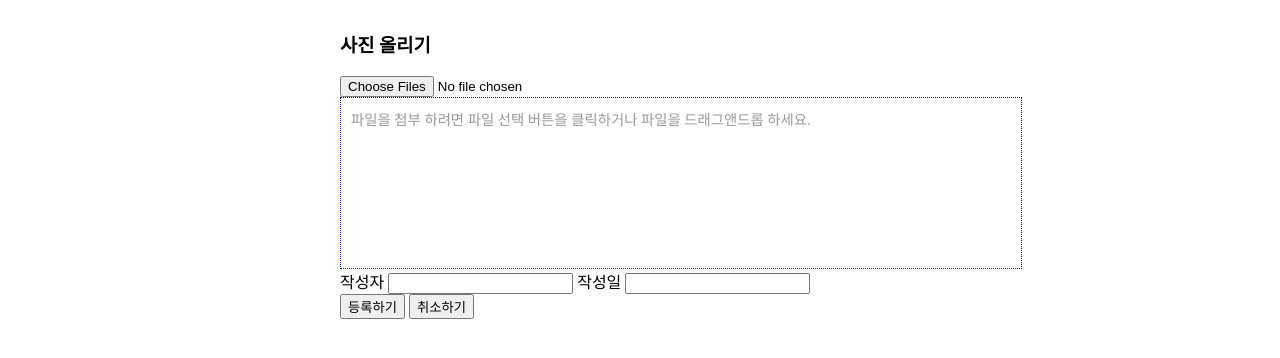
Repository: hyodii/FinalProject
Page: http://localhost/ViewPage/beePicCreated.jsp
An editor plug-in stored every save of this project. The page is shown before and after a run of saves, followed by the edit.
The browser window is 1280 px wide. The pictures show the whole page.
The page is served by Tomcat 9.

Above is the page before, as saved 2021-12-10 14:57:39.

### ViewPage/WebContent/beePicCreated.jsp
<%@ page contentType="text/html; charset=UTF-8"%>
<%@ taglib prefix="c" uri="http://java.sun.com/jsp/jstl/core"%>
<%
   request.setCharacterEncoding("UTF-8");
   String cp = request.getContextPath();
%>
<!DOCTYPE html>
<html>
<head>
<meta charset="UTF-8">
<title>image preview [ it여행자 ]</title>
<style>
#bbs
{
	width:600px;
	margin:30px auto;
	text-align:left;
}

#att_zone {
  width: 660px;
  min-height: 150px;
  padding: 10px;
  border: 1px dotted #00f;
}

#att_zone:empty:before {
  content: attr(data-placeholder);
  color: #999;
  font-size: .9em;
}


</style>
</head>
<body>
<!--
	beePicCreated.jsp
	- 동아리 내 게시판 > 사진첩 > 사진 올리기
	- 참고 : https://jobtc.tistory.com/43
-->
<div id="bbs">
	<form action="">
	<div id='image_preview'>
	  <h3>사진 올리기</h3>
	  <input type='file' id='btnAtt' multiple='multiple' />
	  <div id='att_zone'
	    data-placeholder='파일을 첨부 하려면 파일 선택 버튼을 클릭하거나 파일을 드래그앤드롭 하세요.'></div>
	</div>

	<div>
		작성자 <input name="name">
		작성일 <input name="date">
	</div>
	<div>
		<input type="button" value="등록하기" class="btn2"/>
		<input type="button" value="취소하기" class="btn2"
		onclick="javascript:location.href='<%=cp%>/beePicList.jsp'"/>
	</div>
	</form>
</div>

<script type="text/javascript">
( /* att_zone : 이미지들이 들어갈 위치 id, btn : file tag id */
  imageView = function imageView(att_zone, btn){

    var attZone = document.getElementById(att_zone);
    var btnAtt = document.getElementById(btn)
    var sel_files = [];

    // 이미지와 체크 박스를 감싸고 있는 div 속성
    var div_style = 'display:inline-block;position:relative;'
                  + 'width:150px;height:120px;margin:5px;border:1px solid #00f;z-index:1';
    // 미리보기 이미지 속성
    var img_style = 'width:100%;height:100%;z-index:none';
    // 이미지안에 표시되는 체크박스의 속성
    var chk_style = 'width:30px;height:30px;position:absolute;font-size:24px;'
                  + 'right:0px;bottom:0px;z-index:999;background-color:rgba(255,255,255,0.1);color:#f00';

    btnAtt.onchange = function(e){
      var files = e.target.files;
      var fileArr = Array.prototype.slice.call(files)
      for(f of fileArr){
        imageLoader(f);
      }
    }


    // 탐색기에서 드래그앤 드롭 사용
    attZone.addEventListener('dragenter', function(e){
      e.preventDefault();
      e.stopPropagation();
    }, false)

    attZone.addEventListener('dragover', function(e){
      e.preventDefault();
      e.stopPropagation();

    }, false)

    attZone.addEventListener('drop', function(e){
      var files = {};
      e.preventDefault();
      e.stopPropagation();
      var dt = e.dataTransfer;
      files = dt.files;
      for(f of files){
        imageLoader(f);
      }

    }, false)



    /*첨부된 이미리즐을 배열에 넣고 미리보기 */
    imageLoader = function(file){
      sel_files.push(file);
      var reader = new FileReader();
      reader.onload = function(ee){
        let img = document.createElement('img')
        img.setAttribute('style', img_style)
        img.src = ee.target.result;
        attZone.appendChild(makeDiv(img, file));
      }

      reader.readAsDataURL(file);
    }

    /*첨부된 파일이 있는 경우 checkbox와 함께 attZone에 추가할 div를 만들어 반환 */
    makeDiv = function(img, file){
      var div = document.createElement('div')
      div.setAttribute('style', div_style)

      var btn = document.createElement('input')
      btn.setAttribute('type', 'button')
      btn.setAttribute('value', 'x')
      btn.setAttribute('delFile', file.name);
      btn.setAttribute('style', chk_style);
      btn.onclick = function(ev){
        var ele = ev.srcElement;
        var delFile = ele.getAttribute('delFile');
        for(var i=0 ;i<sel_files.length; i++){
          if(delFile== sel_files[i].name){
            sel_files.splice(i, 1);
          }
        }

        dt = new DataTransfer();
        for(f in sel_files) {
          var file = sel_files[f];
          dt.items.add(file);
        }
        btnAtt.files = dt.files;
        var p = ele.parentNode;
        attZone.removeChild(p)
      }
      div.appendChild(img)
      div.appendChild(btn)
      return div
    }
  }
)('att_zone', 'btnAtt')

</script>
</body>
</html>

After the next 2 saves:
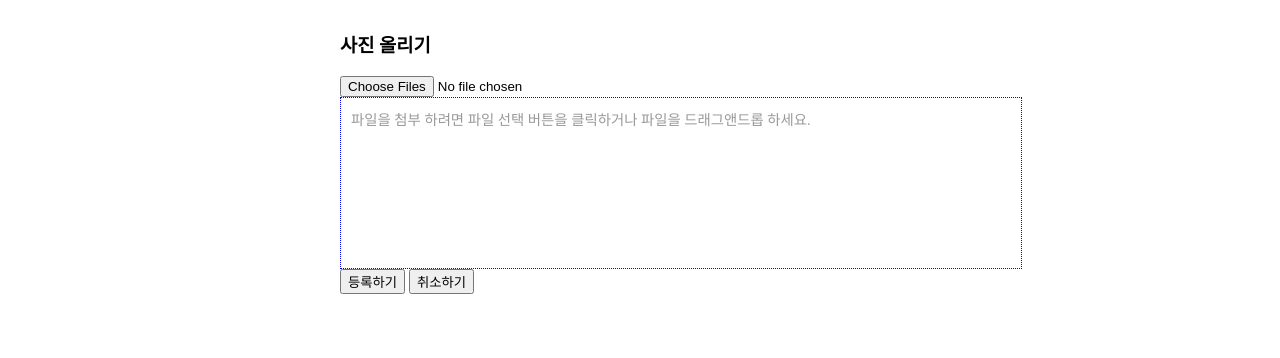
The 2 saves are shown as one change because they came seconds apart.
The last was saved 71 s later.
--- a/ViewPage/WebContent/beePicCreated.jsp
+++ b/ViewPage/WebContent/beePicCreated.jsp
@@ -47,11 +47,12 @@
 	  <div id='att_zone'
 	    data-placeholder='파일을 첨부 하려면 파일 선택 버튼을 클릭하거나 파일을 드래그앤드롭 하세요.'></div>
 	</div>
-
+	<!-- 자동 연동시킬꺼라 없어도 될꺼같음
 	<div>
 		작성자 <input name="name">
 		작성일 <input name="date">
 	</div>
+	 -->
 	<div>
 		<input type="button" value="등록하기" class="btn2"/>
 		<input type="button" value="취소하기" class="btn2"
